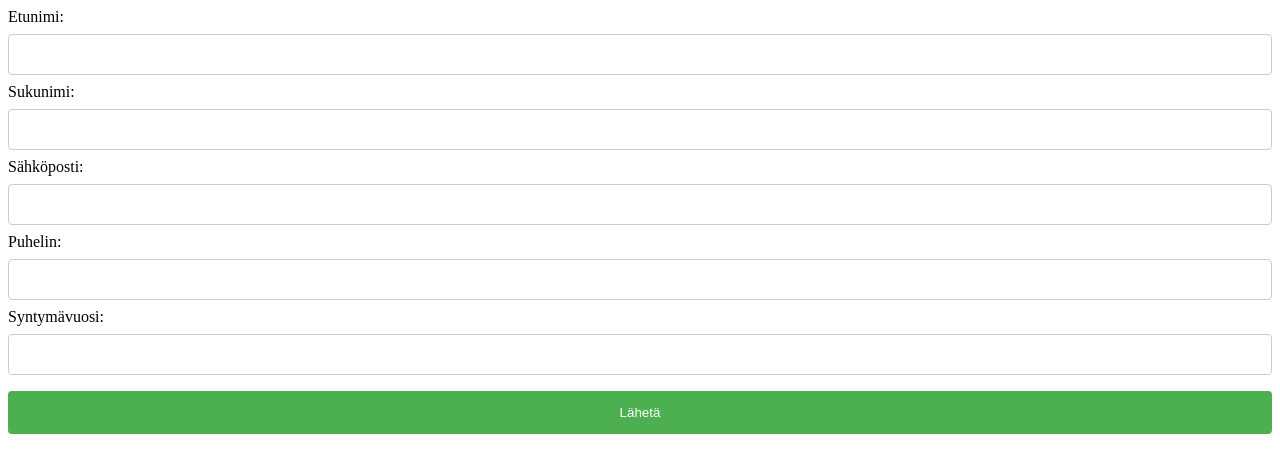
Repository: jajusu/Ohjelmointi2
Page: http://localhost/KolmasTehtava/kysy.jsp
These files come from the project's save history. The page is drawn as it stood at one moment and after the next save; the edit follows.
The browser window is 1280 px wide. The pictures show the whole page.
The page is served by Tomcat 9.

Above is the page before, as saved 2021-04-09 09:52:41.

### KolmasTehtava/WebContent/kysy.jsp
<%@ page language="java" contentType="text/html; charset=ISO-8859-1"
    pageEncoding="ISO-8859-1"%>
<!DOCTYPE html>
<html>
<head>
<meta charset="ISO-8859-1">
<script src="scripts/main.js"></script>
<script src="https://ajax.googleapis.com/ajax/libs/jquery/3.4.1/jquery.min.js"></script>
<style>
input[type=text], select {
  width: 100%;
  padding: 12px 20px;
  margin: 8px 0;
  display: inline-block;
  border: 1px solid #ccc;
  border-radius: 4px;
  box-sizing: border-box;
}

input[type=submit] {
  width: 100%;
  background-color: #4CAF50;
  color: white;
  padding: 14px 20px;
  margin: 8px 0;
  border: none;
  border-radius: 4px;
  cursor: pointer;
}

input[type=submit]:hover {
  background-color: #45a049;
}

div {
  border-radius: 5px;
  background-color: #f2f2f2;
  padding: 20px;
}
</style>
<title>Kysely</title>
</head>
<body>
<form action="nayta.jsp" method="POST">
	Etunimi: <input type="text" name="etunimi"><br>
	Sukunimi: <input type="text" name="sukunimi"><br>
    Sähköposti: <input type="text" name="sposti"><br>
	Puhelin: <input type="text" name="puh"><br>
	Syntymävuosi: <input type="text" name="vuosi"><br>
	<input type="submit" value="Lähetä">
</form>
</body>
</body>
</html>

### KolmasTehtava/WebContent/scripts/main.js
function requestURLParam(sParam){
    var sPageURL = window.location.search.substring(1);
    var sURLVariables = sPageURL.split("&");
    for (var i = 0; i < sURLVariables.length; i++){
        var sParameterName = sURLVariables[i].split("=");
        if(sParameterName[0] == sParam){
            return sParameterName[1];
        }
    }
}

After the next save:
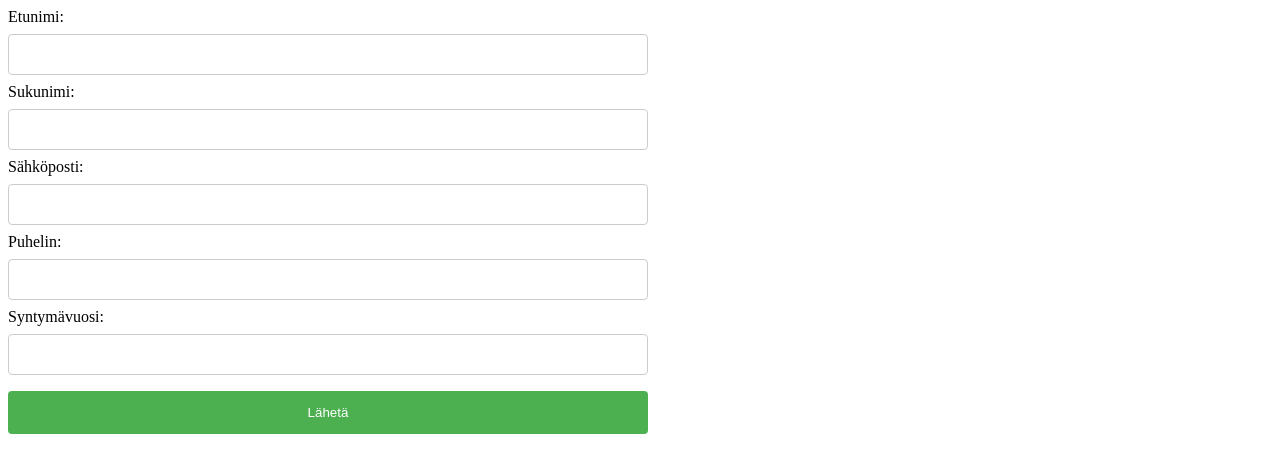
Saved 28 s later.
--- a/KolmasTehtava/WebContent/kysy.jsp
+++ b/KolmasTehtava/WebContent/kysy.jsp
@@ -7,6 +7,10 @@
 <script src="scripts/main.js"></script>
 <script src="https://ajax.googleapis.com/ajax/libs/jquery/3.4.1/jquery.min.js"></script>
 <style>
+
+body{
+width:50%;
+}
 input[type=text], select {
   width: 100%;
   padding: 12px 20px;
